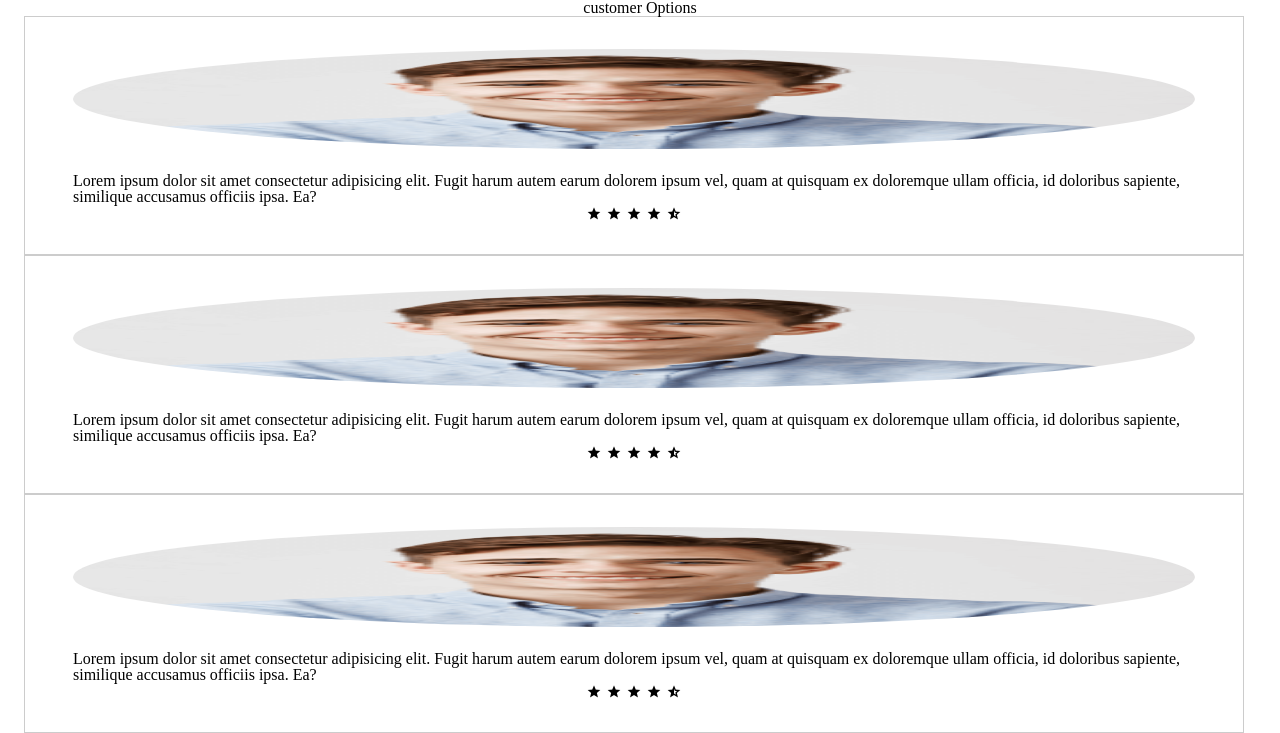
Repository: dinhhaidh/slider-3
Page: index.html
An editor plug-in stored every save of this project. The page is shown before and after the next save, followed by the edit.
The browser window is 1280 px wide. The pictures show the whole page.

Above is the page before, as saved 2024-03-22 20:16:57.

After the next save:
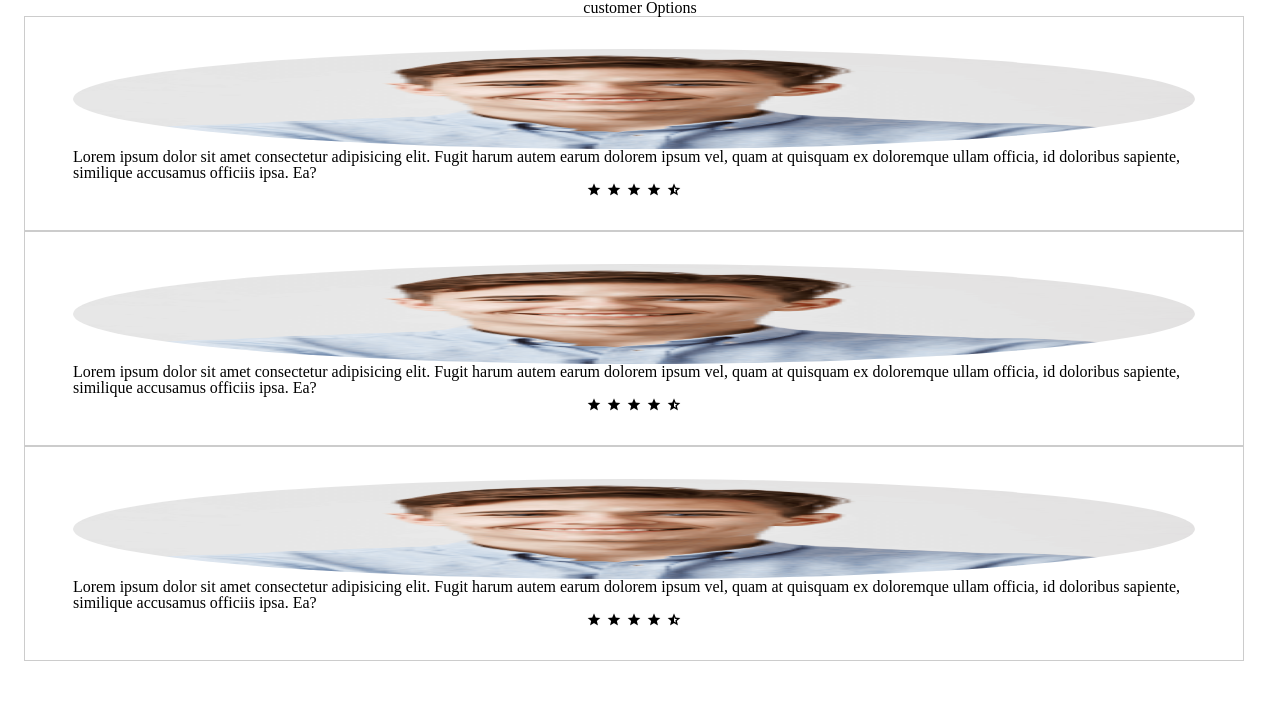
Saved 44 s later.
--- a/style.css
+++ b/style.css
@@ -65,7 +65,7 @@ body {
     height: 100px;
     border-radius: 50%;
     width: 100%;
-    margin: 0 auto 1.5rem;
+    /* margin: 0 auto 1.5rem; */
 }
 .customer__star{
 
